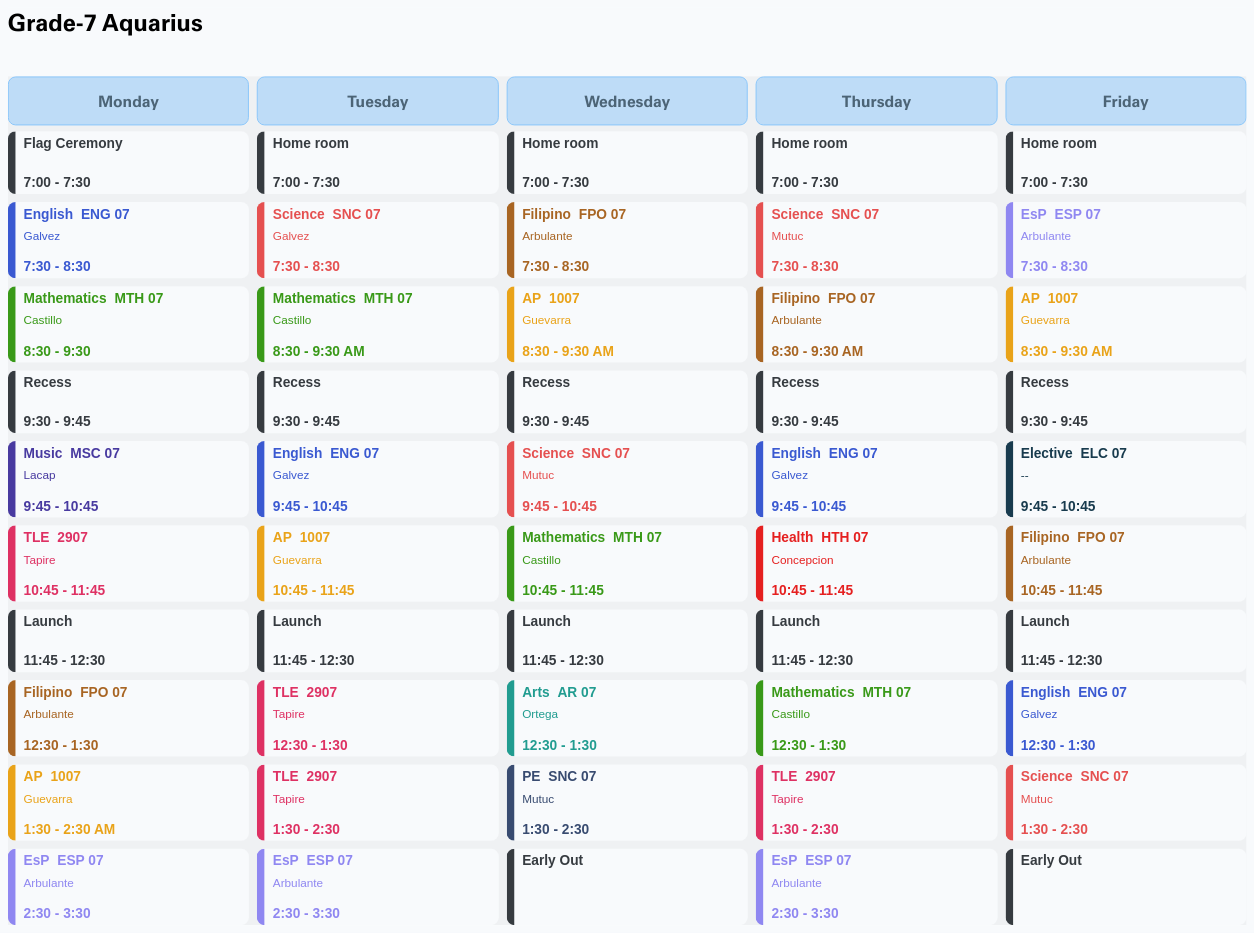
Repository: kentdrlo/prototype
Page: timetable.html
These files come from the project's save history. The page is drawn as it stood at one moment and after the next save; the edit follows.
The browser window is 1280 px wide. The pictures show the whole page, at 98% of full size.
An inner scrolling area shows only its first screen.

Above is the page before, as saved 2025-05-29 09:20:48.

### timetable.html
<link rel="stylesheet" href="schedule.css" />
<div class="container">
  <div class="row">
    <div class="col">
      <div class="top-settings">
        <div class="top-settings-wrapper">
        <div class="schedule-name">Grade-7 Aquarius</div>
        </div>
      </div>
    </div>
    <div class="table-container row">
      <div class="grid-wrapper">
        <div class="day-box" id="dayBox"></div>
        <div class="table-box" id="topBox"></div>
      </div>
    </div>
  </div>
</div>

<script src="schedule.js"></script>

### schedule.css
@font-face {
  font-family: "Univers";
  src: url("folder/Univers-Bold.woff2") format("woff2"),
    url("folder/Univers-Bold.woff") format("woff");
  font-weight: bold;
  font-style: normal;
  font-display: swap;
}

@font-face {
  font-family: "Univers";
  src: url("folder/Univers.woff2") format("woff2"),
    url("folder/Univers.woff") format("woff");
  font-weight: normal;
  font-style: normal;
  font-display: swap;
}

.work-sans-body {
  font-family: "Work Sans", sans-serif;
  font-optical-sizing: auto;
  font-weight: normal;
  font-style: normal;
}

:root {
  --ff-header: "Univers", sans-serif;
  --ff-body: "Work Sans", sans-serif;
}

html,
body {
  overflow-x: hidden;
  background-color: #f8fafc;
}

.top-settings {
  margin-bottom: 40px;
}

.schedule-name {
  font-family: var(--ff-header);
  font-size: 24px;
  font-weight: bold;
}

.grid-wrapper {
  display: grid;
  grid-template-rows: auto 1fr;
  row-gap: 16px;
  background-color: #eff1f3;
}

.day-box,
.table-box {
  display: grid;
  grid-template-columns: repeat(5, 1fr);
  column-gap: 8px;
}

.day-box {
  height: 40px;
}

.card-day {
  height: 100%;
  font-family: var(--ff-body);
  display: flex;
  justify-content: center;
  align-items: center;
  background-color: #8ac6fa7c;
  color: #4c6476;
  font-family: var(--ff-header);
  font-weight: bold;
  font-size: 16px;
  padding: 4px 8px 4px 8px;
  border-radius: 8px;
  border: 1px solid #8ac6fa;
}

.table-box {
  grid-auto-rows: auto;
  row-gap: 8px;
}

.card {
  width: auto;
  height: auto;
  font-family: var(--ff-body);
  display: flex;
  flex-direction: column;
  gap: 16px;
  padding: 4px 8px 4px 8px;
  background-color: #f8fafc;
  border-radius: 8px;
}

.subject-detail-wrapper {
  display: flex;
  flex-direction: row;
  gap: 8px;
  font-weight: bold;
  font-size: 14px;
}

.subject-teacher-wrapper {
  display: flex;
  flex-direction: column;
  gap: 8px;
}

.subject-name,
.time {
  font-weight: bold;
  font-size: 14px;
}

.teacher-name {
  font-family: var(--ff-body);
  font-size: 12px;
}

### schedule.js
const dates = [
  { day: "Monday" },
  { day: "Tuesday" },
  { day: "Wednesday" },
  { day: "Thursday" },
  { day: "Friday" },
];

const details = [
  {
    subject: "Flag Ceremony",
    code: "",
    name: "",
    time: "7:00 - 7:30",
    color: "363B40",
  },
  {
    subject: "Home room",
    code: "",
    name: "",
    time: "7:00 - 7:30",
    color: "363B40",
  },
  {
    subject: "Home room",
    code: "",
    name: "",
    time: "7:00 - 7:30",
    color: "363B40",
  },
  {
    subject: "Home room",
    code: "",
    name: "",
    time: "7:00 - 7:30",
    color: "363B40",
  },
  {
    subject: "Home room",
    code: "",
    name: "",
    time: "7:00 - 7:30",
    color: "363B40",
  },
  {
    subject: "English",
    code: "ENG 07",
    name: "Galvez",
    time: "7:30 - 8:30",
    color: "3a59d1",
  },
  {
    subject: "Science",
    code: "SNC 07",
    name: "Galvez",
    time: "7:30 - 8:30",
    color: "E55050",
  },
  {
    subject: "Filipino",
    code: "FPO 07",
    name: "Arbulante",
    time: "7:30 - 8:30",
    color: "A86523",
  },

  {
    subject: "Science",
    code: "SNC 07",
    name: "Mutuc",
    time: "7:30 - 8:30",
    color: "E55050",
  },
  {
    subject: "EsP",
    code: "ESP 07",
    name: "Arbulante",
    time: "7:30 - 8:30",
    color: "8F87F1",
  },
  {
    subject: "Mathematics",
    code: "MTH 07",
    name: "Castillo",
    time: "8:30 - 9:30",
    color: "399918",
  },
  {
    subject: "Mathematics",
    code: "MTH 07",
    name: "Castillo",
    time: "8:30 - 9:30 AM",
    color: "399918",
  },

  {
    subject: "AP",
    code: "1007",
    name: "Guevarra",
    time: "8:30 - 9:30 AM",
    color: "E9A319",
  },
  {
    subject: "Filipino",
    code: "FPO 07",
    name: "Arbulante",
    time: "8:30 - 9:30 AM",
    color: "A86523",
  },
  {
    subject: "AP",
    code: "1007",
    name: "Guevarra",
    time: "8:30 - 9:30 AM",
    color: "E9A319",
  },
  {
    subject: "Recess",
    code: "",
    name: "",
    time: "9:30 - 9:45",
    color: "363B40",
  },
  {
    subject: "Recess",
    code: "",
    name: "",
    time: "9:30 - 9:45",
    color: "363B40",
  },
  {
    subject: "Recess",
    code: "",
    name: "",
    time: "9:30 - 9:45",
    color: "363B40",
  },
  {
    subject: "Recess",
    code: "",
    name: "",
    time: "9:30 - 9:45",
    color: "363B40",
  },
  {
    subject: "Recess",
    code: "",
    name: "",
    time: "9:30 - 9:45",
    color: "363B40",
  },
  {
    subject: "Music",
    code: "MSC 07",
    name: "Lacap",
    time: "9:45 - 10:45",
    color: "483AA0",
  },
  {
    subject: "English",
    code: "ENG 07",
    name: "Galvez",
    time: "9:45 - 10:45",
    color: "3a59d1",
  },

  {
    subject: "Science",
    code: "SNC 07",
    name: "Mutuc",
    time: "9:45 - 10:45",
    color: "E55050",
  },
  {
    subject: "English",
    code: "ENG 07",
    name: "Galvez",
    time: "9:45 - 10:45",
    color: "3a59d1",
  },
  {
    subject: "Elective",
    code: "ELC 07",
    name: "--",
    time: "9:45 - 10:45",
    color: "183B4E",
  },
  {
    subject: "TLE",
    code: "2907",
    name: "Tapire",
    time: "10:45 - 11:45",
    color: "DE3163",
  },
  {
    subject: "AP",
    code: "1007",
    name: "Guevarra",
    time: "10:45 - 11:45",
    color: "E9A319",
  },

  {
    subject: "Mathematics",
    code: "MTH 07",
    name: "Castillo",
    time: "10:45 - 11:45",
    color: "399918",
  },
  {
    subject: "Health",
    code: "HTH 07",
    name: "Concepcion",
    time: "10:45 - 11:45",
    color: "E52020",
  },
  {
    subject: "Filipino",
    code: "FPO 07",
    name: "Arbulante",
    time: "10:45 - 11:45",
    color: "A86523",
  },
  {
    subject: "Launch",
    code: "",
    name: "",
    time: "11:45 - 12:30",
    color: "363B40",
  },
  {
    subject: "Launch",
    code: "",
    name: "",
    time: "11:45 - 12:30",
    color: "363B40",
  },
  {
    subject: "Launch",
    code: "",
    name: "",
    time: "11:45 - 12:30",
    color: "363B40",
  },
  {
    subject: "Launch",
    code: "",
    name: "",
    time: "11:45 - 12:30",
    color: "363B40",
  },
  {
    subject: "Launch",
    code: "",
    name: "",
    time: "11:45 - 12:30",
    color: "363B40",
  },
  {
    subject: "Filipino",
    code: "FPO 07",
    name: "Arbulante",
    time: "12:30 - 1:30",
    color: "A86523",
  },
  {
    subject: "TLE",
    code: "2907",
    name: "Tapire",
    time: "12:30 - 1:30",
    color: "DE3163",
  },
  {
    subject: "Arts",
    code: "AR 07",
    name: "Ortega",
    time: "12:30 - 1:30",
    color: "219C90",
  },
  {
    subject: "Mathematics",
    code: "MTH 07",
    name: "Castillo",
    time: "12:30 - 1:30",
    color: "399918",
  },
  {
    subject: "English",
    code: "ENG 07",
    name: "Galvez",
    time: "12:30 - 1:30",
    color: "3a59d1",
  },
{
    subject: "AP",
    code: "1007",
    name: "Guevarra",
    time: "1:30 - 2:30 AM",
    color: "E9A319",
  },
 {
    subject: "TLE",
    code: "2907",
    name: "Tapire",
    time: "1:30 - 2:30",
    color: "DE3163",
  },

  {
    subject: "PE",
    code: "SNC 07",
    name: "Mutuc",
    time: "1:30 - 2:30",
    color: "384B70",
  },
  {
    subject: "TLE",
    code: "2907",
    name: "Tapire",
    time: "1:30 - 2:30",
    color: "DE3163",
  },
   {
    subject: "Science",
    code: "SNC 07",
    name: "Mutuc",
    time: "1:30 - 2:30",
    color: "E55050",
  },
  {
    subject: "EsP",
    code: "ESP 07",
    name: "Arbulante",
    time: "2:30 - 3:30",
    color: "8F87F1",
  },
 {
    subject: "EsP",
    code: "ESP 07",
    name: "Arbulante",
    time: "2:30 - 3:30",
    color: "8F87F1",
  },

  {
    subject: "Early Out",
    code: " ",
    name: " ",
    time: "",
    color: "363B40",
  },
 {
    subject: "EsP",
    code: "ESP 07",
    name: "Arbulante",
    time: "2:30 - 3:30",
    color: "8F87F1",
  },
 {
    subject: "Early Out",
    code: " ",
    name: " ",
    time: "",
    color: "363B40",
  },
];

function appendDays() {
  const dayBox = document.getElementById("dayBox");

  dates.forEach((date) => {
    dayBox.innerHTML += ` <div class="card-day">` + date.day + `</div>`;
  });
}

function appendDetails() {
  const topBox = document.getElementById("topBox");

  details.forEach((detail) => {
    topBox.innerHTML +=
      ` <div class="card" style="border-left: 8px solid #` +
      detail.color +
      `; color: #` +
      detail.color +
      `">
          <div class="subject-teacher-wrapper">
            <div class="subject-detail-wrapper">
              <div class="subject-name">` +
      detail.subject +
      `</div>
              <div class="subject-code">` +
      detail.code +
      `</div>
            </div>
            <div class="teacher-name">` +
      detail.name +
      `</div>
          </div>
          <div class="time">` +
      detail.time +
      `</div>
        </div>`;
  });
}

appendDays();
appendDetails();

After the next save:
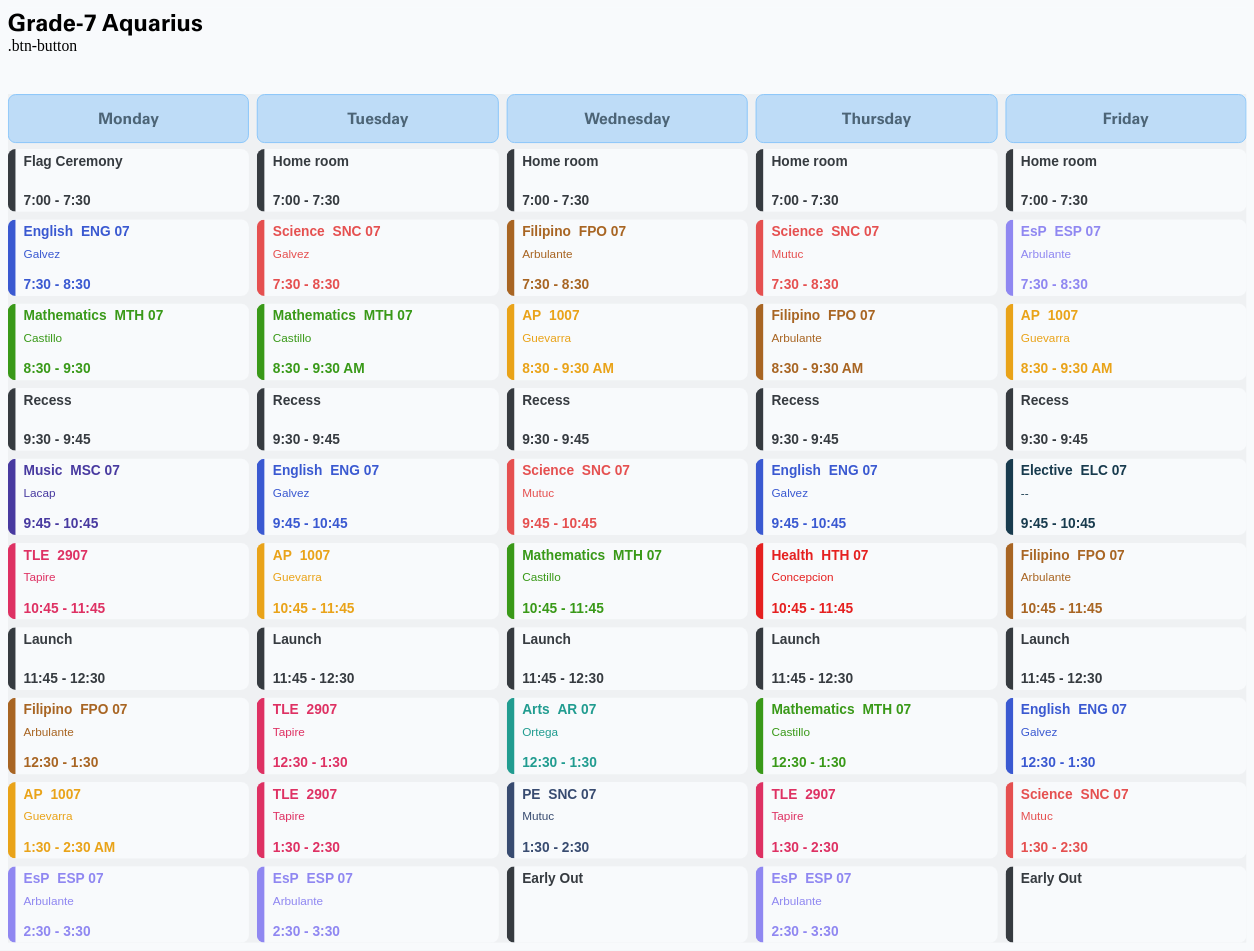
Saved 7 s later.
--- a/timetable.html
+++ b/timetable.html
@@ -5,6 +5,7 @@
       <div class="top-settings">
         <div class="top-settings-wrapper">
         <div class="schedule-name">Grade-7 Aquarius</div>
+        .btn-button
         </div>
       </div>
     </div>

After the save that followed:
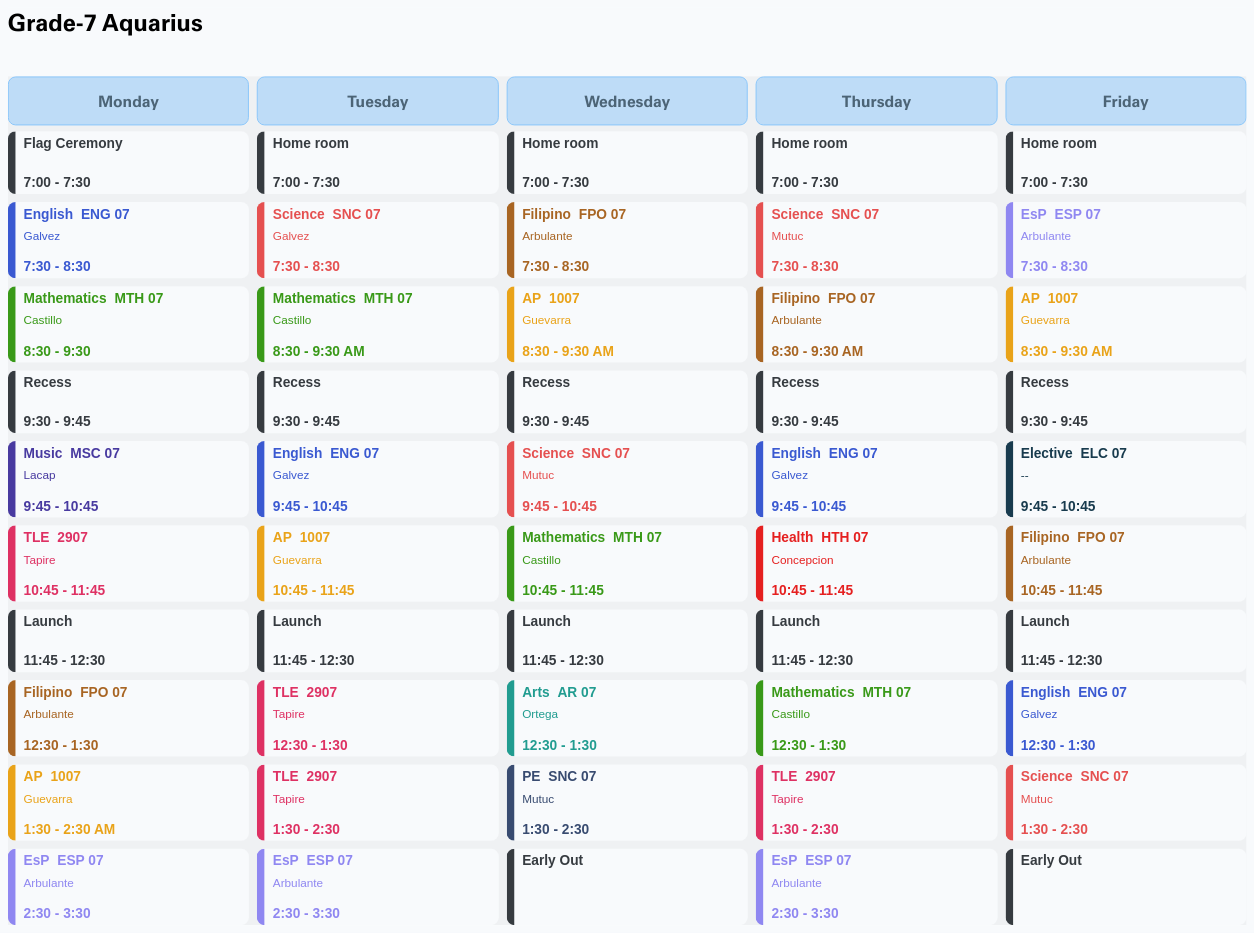
Saved 7 s later.
--- a/timetable.html
+++ b/timetable.html
@@ -5,7 +5,7 @@
       <div class="top-settings">
         <div class="top-settings-wrapper">
         <div class="schedule-name">Grade-7 Aquarius</div>
-        .btn-button
+        <div class="primary btn-button"></div>
         </div>
       </div>
     </div>
